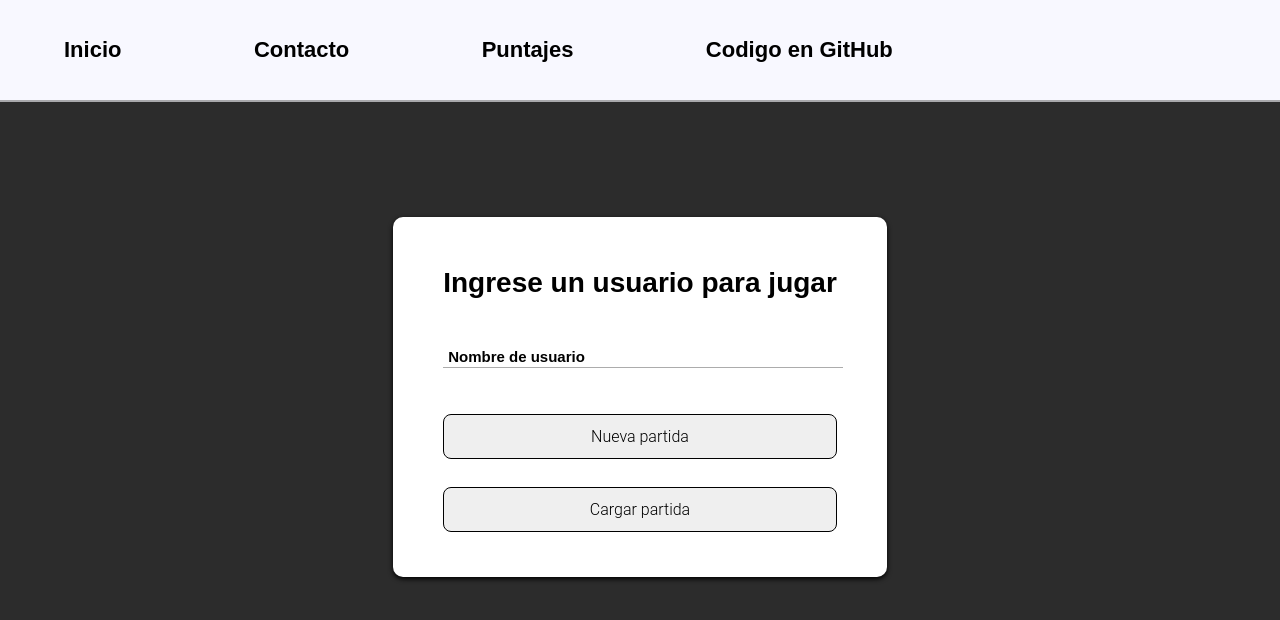
Repository: FacundoKinderknecht/FacundoKinderknecht_Wordle_Game_LPPA
Page: index.html
An editor plug-in stored every save of this project. The page is shown before and after the next save, followed by the edit.
The browser window is 1280 px wide. The pictures show the whole page.

Above is the page before, as saved 2023-08-08 02:59:56.

### index.html
<!DOCTYPE html>
<html lang="en">
    <head>
        <meta charset="UTF-8">
        <meta http-equiv="X-UA-Compatible" content="IE=edge">
        <meta name="viewport" content="width=device-width, initial-scale=1.0">

        <link rel ="stylesheet" href="/css/reset.css">
        <link rel="stylesheet" href="/css/styles.css">
        <link rel="stylesheet" href="/css/index.css">

        <script src="/js/index.js"></script>

        <title>Final LPPA Facundo Kinderknecht</title>
    </head>
    <body>
        <header>
            <nav class="navbar">
                <a href="">Inicio</a>
                <a href="">Contacto</a>
                <a href="">Puntajes</a>
                <a href="https://github.com/FacundoKinderknecht/FacundoKinderknecht_Wordle_Game_LPPA" target="_blank">Codigo en GitHub</a>
            </nav>
        </header>

        <div class="form-container">
            <form class="form-user">
                <h2 class="form-title">Ingrese un usuario para jugar</h2>
                <fieldset class="group-form">
                    <input class="form-txt" id="txt-user" placeholder="">
                    <label class="form-lbl" id="lbl-user" for="txt-user">Nombre de usuario</label>
                </fieldset>
                <input type="button" class="form-button" value="Nueva partida" id="btn-new">
                <input type="button" class="form-button" value="Cargar partida" id="btn-load">
            </form>
        </div>
    </body>
</html>

### css/reset.css
/* http://meyerweb.com/eric/tools/css/reset/
   v2.0 | 20110126
   License: none (public domain)
*/

html, body, div, span, applet, object, iframe,
h1, h2, h3, h4, h5, h6, p, blockquote, pre,
a, abbr, acronym, address, big, cite, code,
del, dfn, em, img, ins, kbd, q, s, samp,
small, strike, strong, sub, sup, tt, var,
b, u, i, center,
dl, dt, dd, ol, ul, li,
fieldset, form, label, legend,
table, caption, tbody, tfoot, thead, tr, th, td,
article, aside, canvas, details, embed,
figure, figcaption, footer, header, hgroup,
menu, nav, output, ruby, section, summary,
time, mark, audio, video {
	margin: 0;
	padding: 0;
	border: 0;
	font-size: 100%;
	font: inherit;
	vertical-align: baseline;
}

### css/styles.css
body{
    font-family: Arial, Helvetica, sans-serif;
    background-color: rgba(0, 0, 0, 0.827);
    display:flex;
    align-items: center;
    flex-direction: column;
}

header{
    width: 100%;
    height: 100px;
    margin-bottom: 15px;
    display: flex;
    justify-content: justify-content;
    align-items: center;
    background-color: ghostwhite;
    border-bottom: 2px solid rgb(87, 87, 87, 0.49);
}

header nav{
    display:flexbox;
    justify-content: justify-content;
    align-items:center;
    width: 100%;
}

header nav a{
    text-decoration: none;
    align-items:center;
    font-weight: bold;
    font-size: 22px;
    color: black;
    margin: 5%;
}

header nav a:hover{
    font-size: 30px;
}

header nav i{
    font-size: 22px;
}

.hidden {
    display:none;
}

### css/index.css
form{
    background-color: white;
    margin: 100px auto;
    width: 90%;
    max-width: 400px;
    padding: 50px;
    padding-bottom: 25px;
    border-radius: 10px;
    box-shadow: 0px 2px 5px;
    text-align: center;
}

.form-title{
    font-size: 28px;
    margin-bottom: 40px;
    font-weight: 700;
}

.form-container{
    margin-top: 50px;
    display:flex;
    margin: auto;
}

.group-form{
    width: 100%;
    position: relative;
    margin-bottom: 30px;
}

.form-txt{
    width: 100%;
    background: none;
    margin-bottom: 8px;
    color: rgb(27, 27, 27);
    font-size: 16px;
    padding: 5px 3px;
    border:none;
    outline:none;
    border-bottom: 1px solid rgb(87, 87, 87, 0.49);
}

.form-txt:focus + .form-lbl, .form-txt:not(:placeholder-shown) + .form-lbl{
    transform: translateY(-13px) scale(0.9);
    transform-origin: left top;
}

.form-lbl{
    position:absolute;
    font-size: 15px;
    top:0;
    left:5px;
    font-weight: bold;
    transform: translateY(9px);
    transform-origin: left bottom;
    transition: transform .5s;
}

.form-txt-error{
    width: 100%;
    color:rgb(255, 0, 0);
    text-align: center;
}

.form-button{
    width: 100%;
    font-family: 'Roboto', sans-serif;
    font-weight: 300;
    font-size: 16px;
    padding: 12px 0px;
    border: 1px solid;
    border-radius: 8px;
    cursor: pointer;
    transition: background-color .3s;
    margin-top: 8px;
    margin-bottom: 20px;
}

.hidden{
    display: none;
}

Loaded but not shown: js/index.js (no stored copy; drawn as an empty file)

After the next save:
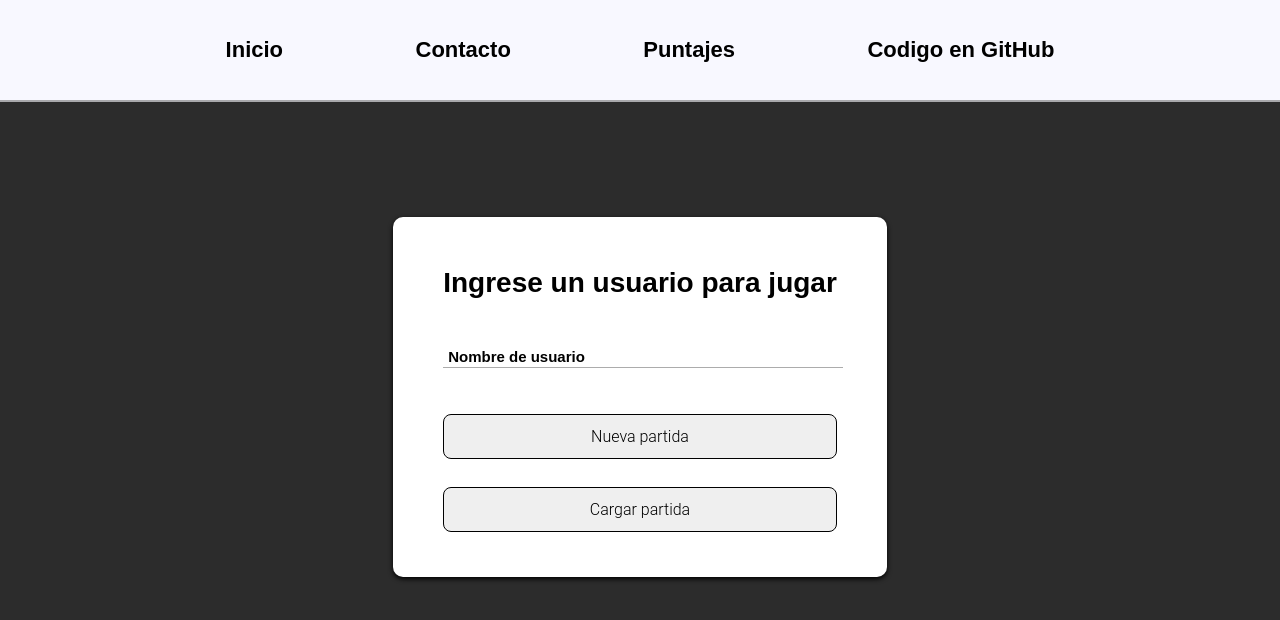
Saved 59 s later.
--- a/css/styles.css
+++ b/css/styles.css
@@ -21,6 +21,7 @@ header nav{
     display:flexbox;
     justify-content: justify-content;
     align-items:center;
+    text-align: center;
     width: 100%;
 }
 
